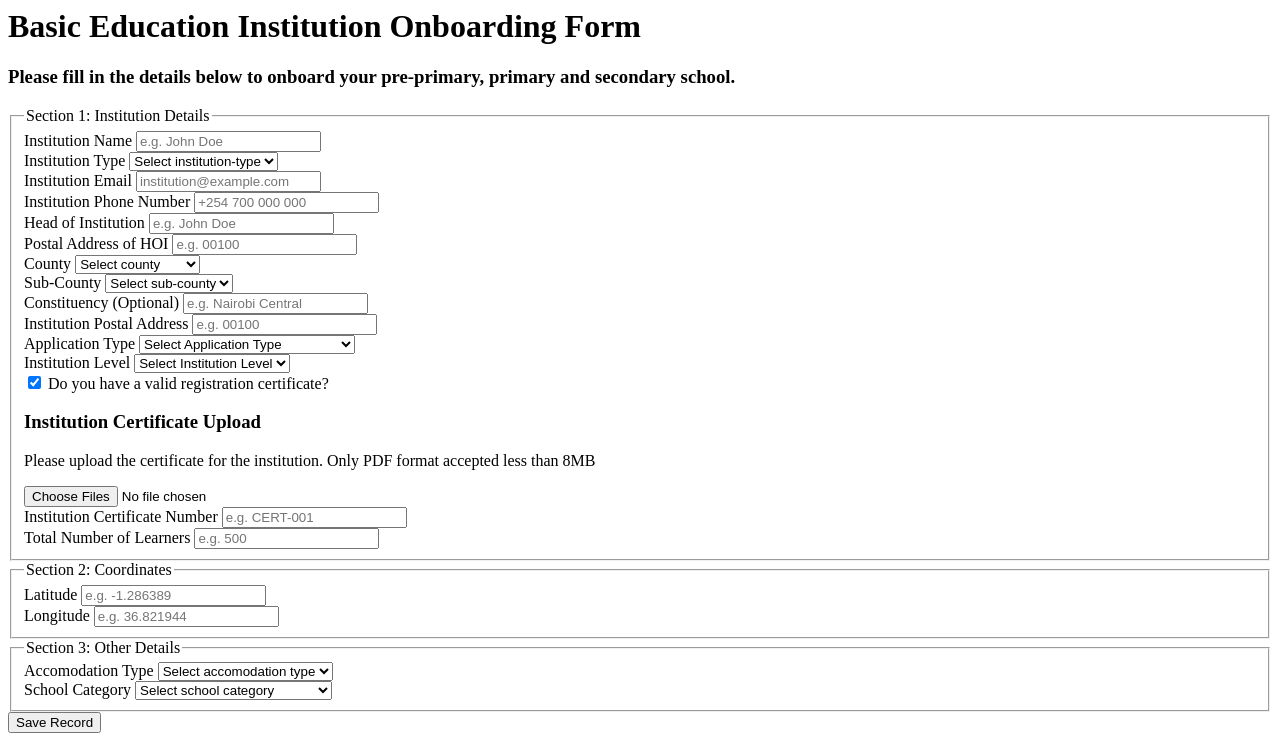
Repository: ndirituart/KEMIS
Page: angular-client/src/app/pages/basic-education/basic-education.html
These files come from the project's save history. The page is drawn as it stood at one moment and after the next save; the edit follows.
The browser window is 1280 px wide. The pictures show the whole page.

Above is the page before, as saved 2026-10-20 21:50:23.

After the next save:
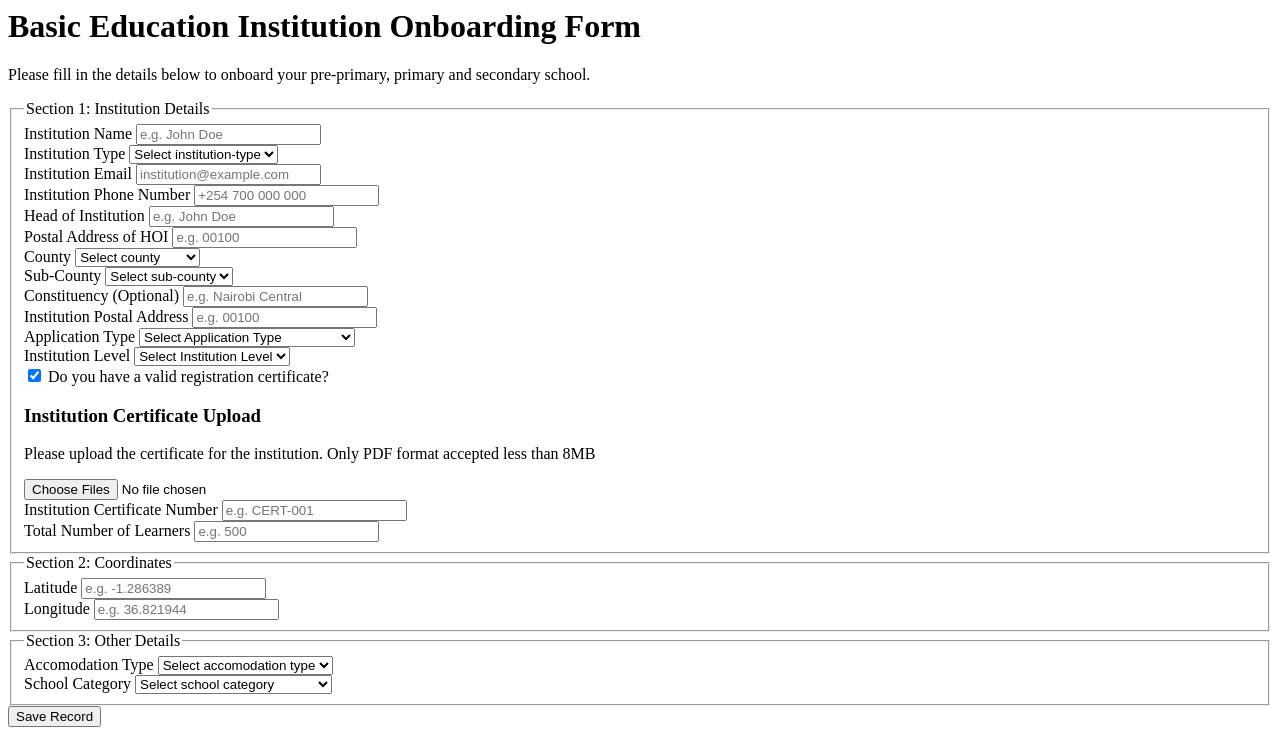
Saved 14 s later.
--- a/angular-client/src/app/pages/basic-education/basic-education.html
+++ b/angular-client/src/app/pages/basic-education/basic-education.html
@@ -1,7 +1,7 @@
 <div class="kemis-form-wrapper">
 <form class="kemis-form" (ngSubmit)="onSubmit()" #myForm="ngForm">
 <h1 class="text-center mb-4">Basic Education Institution Onboarding Form</h1>
-<h3 class="text-center mb-0">Please fill in the details below to onboard your pre-primary, primary and secondary school.</h3>
+<p class="text-center mb-0">Please fill in the details below to onboard your pre-primary, primary and secondary school.</p>
   <!-- ========================================== -->
   <!-- Section 1: Institution Details                -->
   <!-- ========================================== -->
